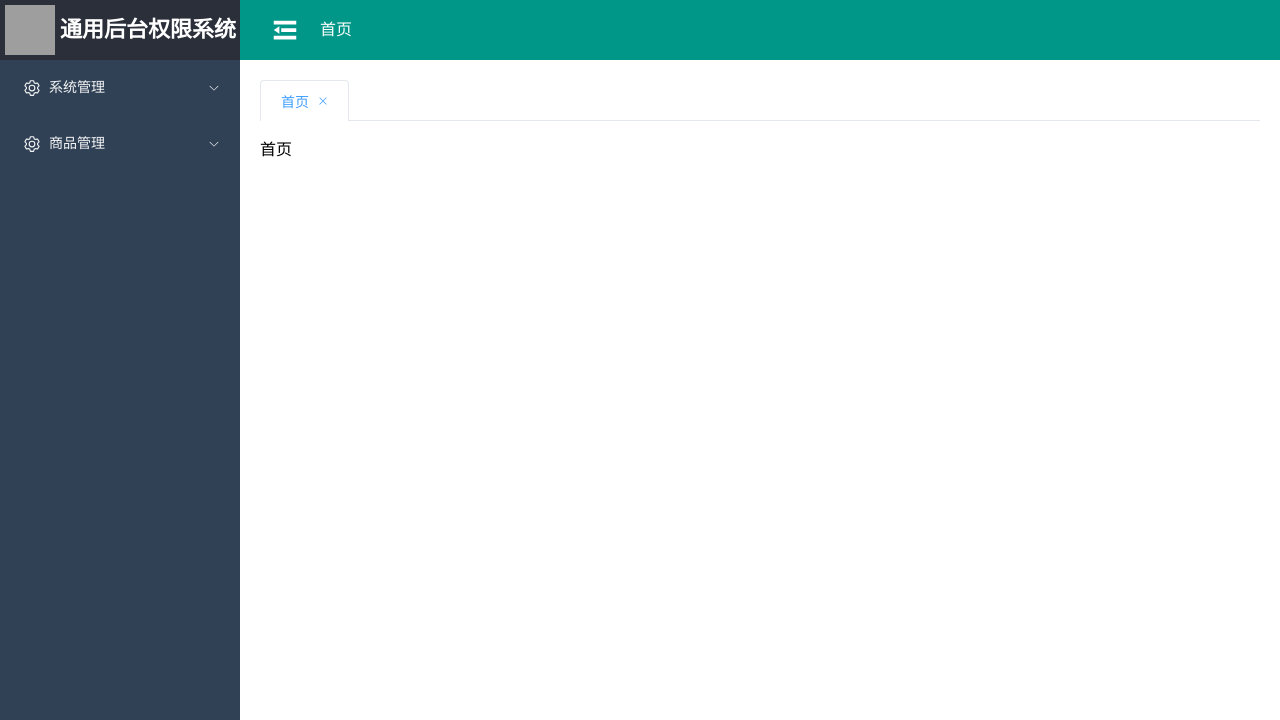
Repository: Langxecho/vite-project
Page: /
The author's editor kept a copy of each file at every save. The page is drawn from the files as they stood at one save, then again after a run of saves.
The browser window is 1280 px wide. The pictures show the whole page.
Pictures or frames that could not be fetched are drawn as grey boxes. The project was rebuilt for these pictures with package versions that can differ from the ones it lists, and the page was loaded fresh each time. Also part of the build but not shown: vite.config.ts.

Above is the page before, as saved 2024-11-08 20:03:56.

After the next 3 saves:
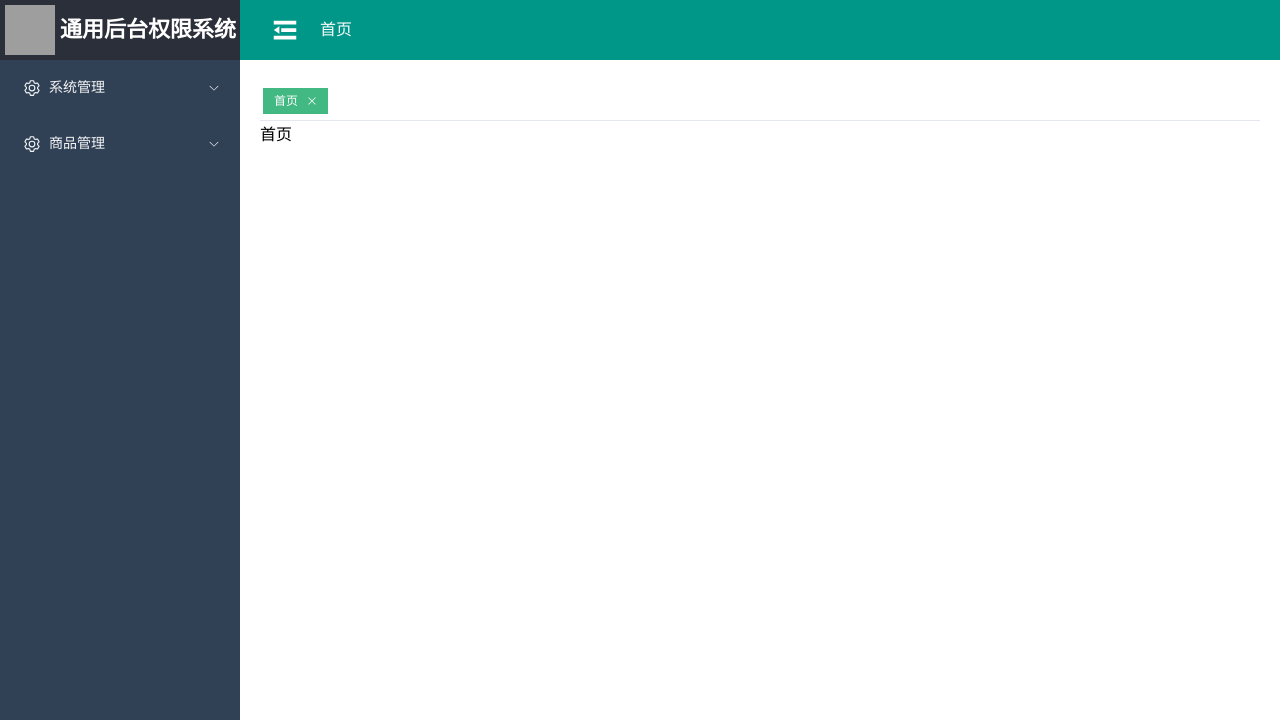
The 3 saves are shown as one change because 1 did not build or start and some came seconds apart.
The last was saved 110 s later.
--- a/src/layout/tabs/Tabs.vue
+++ b/src/layout/tabs/Tabs.vue
@@ -99,11 +99,11 @@ onMounted(() => {
 </script>
 
 <style scoped lang="scss">
-.el-tabs__header {
+:deep(.el-tabs__header) {
   margin: 0px;
 }
 
-.el-tabs__item {
+:deep(.el-tabs__item) {
   height: 26px !important;
   line-height: 26px !important;
   text-align: center !important;
@@ -114,30 +114,18 @@ onMounted(() => {
   padding: 0px 10px !important;
 }
 
-.el-tabs__nav {
+:deep(.el-tabs__nav) {
   border: none !important;
 }
 
-.is-active {
+:deep(.is-active) {
   border-bottom: 1px solid transparent !important;
   border: 1px solid #42b983 !important;
   background-color: #42b983 !important;
   color: #fff !important;
 }
 
-.el-tabs__item:hover {
+:deep(.el-tabs__item:hover) {
   color: #495060 !important;
 }
-
-.is-active:hover {
-  color: #fff !important;
-}
-
-.el-tabs__nav-next {
-  line-height: 26px !important;
-}
-
-.el-tabs__nav-prev {
-  line-height: 26px !important;
-}
 </style>
